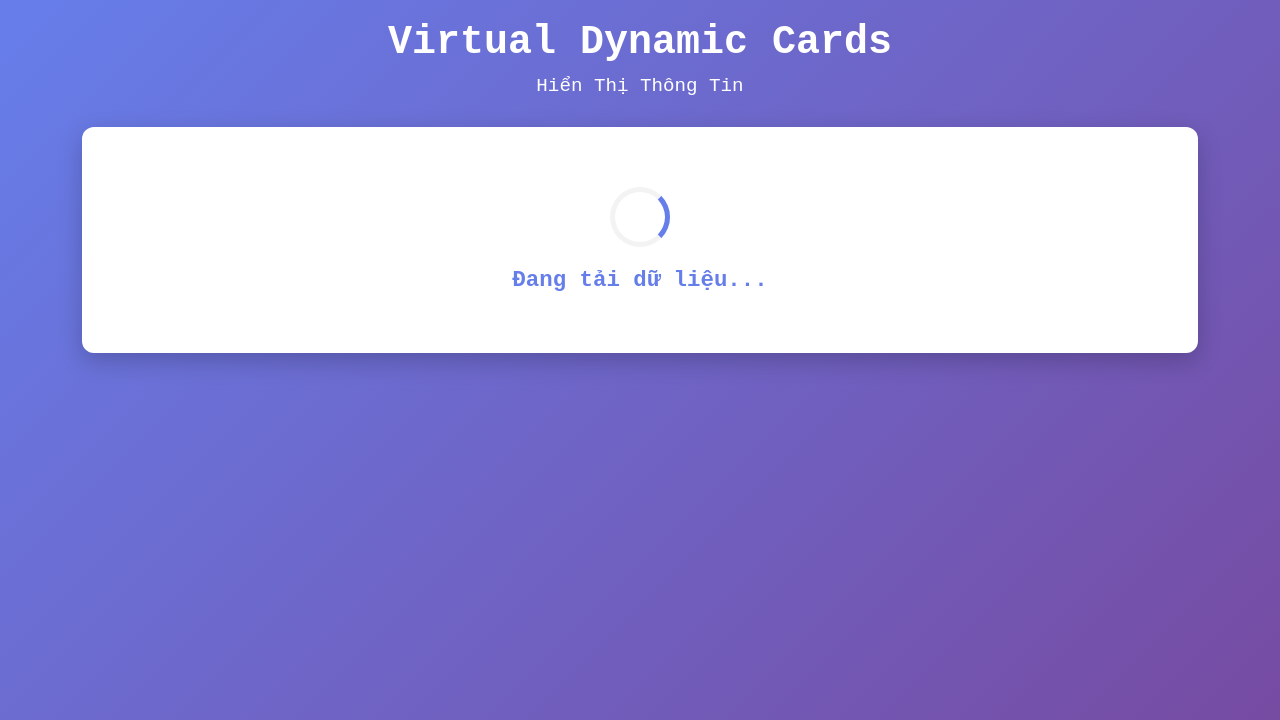
Repository: trunghau06/BaiTapjs_4
Page: index.html
The author's editor kept a copy of each file at every save. The page is drawn from the files as they stood at one save, then again after a run of saves.
The browser window is 1280 px wide. The pictures show the whole page.

Above is the page before, as saved 2025-10-31 15:37:21.

### index.html
<!DOCTYPE html>
<html lang="en">
<head>
    <meta charset="UTF-8">
    <meta name="viewport" content="width=device-width, initial-scale=1.0">
    <link rel="stylesheet" href="style.css">
    <title>Bai Tap</title>
</head>
<body>
    <div class="container">
        <div class="header">
            <h1>Virtual Dynamic Cards</h1>
            <p>Hiển Thị Thông Tin</p>
        </div>

        <div class="loader" id="loader">
            <div class="spinner"></div>
            <div class="loader-text">Đang tải dữ liệu...</div>
        </div>

        <div id="cardsContainer" class="cards-container" style="display: none;">
            <div id="cardsSpacer" class="cards-spacer">
                <div id="cardsContent" class="cards-content">
                    <div id="cardsGrid" class="cards-grid"></div>
                </div>
            </div>

            <div id="loadingMore" class="loading-more" style="display: none;">
                <div class="spinner"></div>
                <div>Đang tải thêm...</div>
            </div>
        </div>
    </div>

    <script src="main.js"></script>
</body>
</html>

### style.css
* {
    margin: 0;
    padding: 0;
    box-sizing: border-box;
}

body {
    font-family: monospace;
    background: linear-gradient(135deg, #667eea 0%, #764ba2 100%);
    min-height: 100vh;
    padding: 20px;
}

.container {
    margin: 0 auto;
    width: 90%;
}

.header {
    text-align: center;
    color: #FFFFFF;
    margin-bottom: 30px;
}

.header h1 {
    font-size: 2.5rem;
    margin-bottom: 10px;
}

.header p {
    font-size: 1.2rem;
}

.loader {
    background: #FFFFFF;
    padding: 60px;
    border-radius: 12px;
    text-align: center;
    box-shadow: 0 8px 24px rgba(0,0,0,0.2);
}

.spinner {
    width: 60px;
    height: 60px;
    border: 5px solid #f3f3f3;
    border-top: 5px solid #667eea;
    border-radius: 50%;
    animation: spin 0.8s linear infinite;
    margin: 0 auto 20px;
}

@keyframes spin {
    0% { transform: rotate(0deg); }
    100% { transform: rotate(360deg); }
}

.loader-text {
    font-size: 1.4rem;
    color: #667eea;
    font-weight: 700;
}

.cards-container {
    position: relative;
    height: 700px;
    overflow-y: auto;
    background: rgba(255,255,255,0.1);
    border-radius: 12px;
    padding: 10px;
}

/* --- Thanh cuộn mượt --- */
.cards-container::-webkit-scrollbar {
    width: 10px;
}

.cards-container::-webkit-scrollbar-track {
    background: rgba(255,255,255,0.1);
    border-radius: 10px;
}

.cards-container::-webkit-scrollbar-thumb {
    background: rgba(255,255,255,0.3);
    border-radius: 10px;
}

.cards-spacer {
    position: relative;
}

.cards-content {
    position: absolute;
    top: 0;
    left: 0;
    right: 0;
    width: 100%; /* Giữ chiều rộng đúng để không vỡ grid */
}

/* --- FIX: Luôn hiển thị 4 thẻ mỗi hàng --- */
.cards-grid {
    display: grid;
    grid-template-columns: repeat(4, 1fr);
    gap: 20px;
    padding: 10px;
    width: 100%;
    transition: all 0.2s ease;
}

/* --- Responsive cho màn hình nhỏ --- */
@media (max-width: 1200px) {
    .cards-grid {
        grid-template-columns: repeat(3, 1fr);
    }
}

@media (max-width: 992px) {
    .cards-grid {
        grid-template-columns: repeat(2, 1fr);
    }
}

@media (max-width: 768px) {
    .cards-grid {
        grid-template-columns: 1fr;
    }
}

.card {
    background: #FFFFFF;
    border-radius: 12px;
    padding: 20px;
    box-shadow: 0 4px 12px rgba(0,0,0,0.1);
    position: relative; /* cần cho .card-id */
}

.card-header {
    display: flex;
    align-items: center;
    gap: 15px;
    margin-bottom: 15px;
    padding-bottom: 15px;
    border-bottom: 2px solid #f0f0f0;
}

.avatar {
    width: 60px;
    height: 60px;
    border-radius: 50%;
    object-fit: cover;
    border: 3px solid #667eea;
}

.card-info {
    flex: 1;
}

.card-name {
    font-size: 1.2em;
    font-weight: 700;
    color: #333;
    margin-bottom: 5px;
}

.card-company {
    color: #6c757d;
    font-size: 0.9em;
}

.card-badge {
    padding: 5px 12px;
    border-radius: 20px;
    font-size: 0.85em;
    font-weight: 600;
}

.badge-male {
    background: #e3f2fd;
    color: #1976d2;
}

.badge-female {
    background: #fce4ec;
    color: #c2185b;
}

.card-body {
    display: flex;
    flex-direction: column;
    gap: 10px;
}

.card-item {
    display: flex;
    align-items: center;
    gap: 10px;
    font-size: 0.95em;
    color: #555;
}

.card-icon {
    width: 20px;
    text-align: center;
}

.card-id {
    position: absolute;
    top: 10px;
    right: 15px;
    background: #667eea;
    color: #FFFFFF;
    padding: 5px 10px;
    border-radius: 20px;
    font-size: 0.85em;
    font-weight: 600;
}

.loading-more {
    text-align: center;
    padding: 30px;
    color: #FFFFFF;
    font-size: 1.1em;
    font-weight: 600;
}

.loading-more .spinner {
    width: 40px;
    height: 40px;
    border-width: 4px;
}

### main.js
class VirtualCards
{
    constructor()
    {
        this.data        = [];  //* chua du lieu card tu API
        this.cardHeight  = 250; //* chieu cao moi card
        this.cardPerRow  = 0;   //* so luong card tren moi hang
        this.visibleRow  = 0    //* so hang thuc te tren man viewport
        this.bufferRow   = 0    //* so hang tai them
        this.startIndex  = 0;
        this.endIndex    = 0;
        this.isLoading   = false;
        this.hasMore     = true;
        this.currentPage = 1;

        this.cardsContainer = document.getElementById('cardsContainer');
        this.cardsSpacer    = document.getElementById('cardsSpacer');
        this.cardsContent   = document.getElementById('cardsContent');
        this.cardsGrid      = document.getElementById('cardsGrid');
        this.loader         = document.getElementById('loader');
        this.loadingMore    = document.getElementById('loadingMore');

        this.init();
    }

    async init()
    {
        await this.loadData();

        this.calculateLayout();
        this.setUpScrollListener();
        this.setupResizeListener();
        this.render();

        this.loader.style.display = 'none';
        this.cardsContainer.style.display = 'block';
    }

    async loadData()
    {
        //* Neu dang tai hoac het du lieu -> thoat
        if( this.isLoading || this.hasMore )
            return;

        //* Danh dau -> tranh trung
        this.isLoading = true;

        if( this.currentPage > 1 )
            this.loadingMore.style.display = "block";

        //* goi API
        try
        {
            const reponse = await fetch( `https://671891927fc4c5ff8f49fcac.mockapi.io/v2?page=${this.currentPage}&limit=20` );

            //* chuyen ve json
            const newData = await reponse.json;

            if( newData.length === 0 )
                this.hasMore= false;
            else
            {
                //* Gop du lieu moi vao mang hien co
                this.data = [...this.data, ...newData];

                this.currentPage++;
            }
        } catch (error)
        {
            console.error("Error: ", error);
        }

        this.isLoading = false;

        this.loadingMore.style.display = 'none';

    }

    calculateLayout()
    {
        const containerWidth  = this.cardsGrid.offsetWidth;

        const cardWidth       = 320;

        const gap             = 20;

        this.cardsPerRow      = Math.floor((containerWidth + gap) / (cardWidth + gap)) || 1;

        const containerHeight = this.cardsContainer.clientHeight;

        this.visibleRows      = Math.ceil(containerHeight / this.cardHeight) + 1;
    }

    setUpScrollListener()
    {
        this.cardsContainer.addEventListener('scroll', () => {
            this.render();

            this.checkLoadMore();
        });
    }

    setupResizeListener()
    {
        let resizeTimeout;

        window.addEventListener('resize', () => {
            //* Xoa timeout cu
            clearTimeout(resizeTimeout);

            resizeTimeout = setTimeout(() => {
            this.calculateLayout();
            this.render();
            }, 200);
        });
    }

    checkLoadMore()
    {
        //* Lay vi tri scroll hien tai
        const scrollTop        = this.cardsContainer.scrollTop;

        const scrollHeight     = this.cardsContainer.scrollHeight;

        const clientHeight     = this.cardsContainer.clientHeight;

        const scrollPercentage = (scrollTop + clientHeight) / scrollHeight;

        if (scrollPercentage > 0.7 && !this.isLoading && this.hasMore) {
            this.loadData().then(() => {
            this.render();
            });
        }
    }

    render()
    {
        //* Lay vi tri cuon hien tai
        const scrollTop          = this.cardsContainer.scrollTop;

        //* tinh hang dau tien nhin thay
        const startRow           = Math.floor(scrollTop / this.cardHeight);

        //* tinh hang bat dau render
        const adjustedStartRow   = Math.max(0, startRow - this.bufferRows);

        //* tinh chi so bat dau
        this.startIndex          = adjustedStartRow * this.cardsPerRow;

        //* tinh hang ket thuc hien thi
        const endRow             = startRow + this.visibleRows + (this.bufferRows * 2);

        //* tinh chi so ket thuc
        this.endIndex            = Math.min(this.data.length, endRow * this.cardsPerRow);

        //* tong so hang
        const totalRows          = Math.ceil(this.data.length / this.cardsPerRow);

        const totalHeight        = totalRows * this.cardHeight;
        this.cardsSpacer.style.height = totalHeight + 'px';

        const offsetY            = adjustedStartRow * this.cardHeight;
        this.cardsContent.style.transform = `translateY(${offsetY}px)`;

        const visibleData        = this.data.slice(this.startIndex, this.endIndex);

        this.cardsGrid.innerHTML = visibleData.map(item => this.createCard(item)).join('');
    }

    createCard(item)
    {
        //* Chuyển genre về chữ thường để so sánh an toàn
        const isMale = item.genre?.toLowerCase() === 'male';

        return `
            <div class="card">
            <!-- Hiển thị ID của thẻ -->
            <span class="card-id">#${item.id}</span>

            <!-- Phần header: ảnh, tên, công ty, giới tính -->
            <div class="card-header">
                <img src="${item.avatar}" alt="${item.name}" class="avatar" loading="lazy">

                <div class="card-info">
                <div class="card-name">${item.name || 'N/A'}</div>
                <div class="card-company">${item.company || 'N/A'}</div>
                </div>

                <!-- Huy hiệu giới tính -->
                <span class="card-badge ${isMale ? 'badge-male' : 'badge-female'}">
                ${isMale ? '👨 Nam' : '👩 Nữ'}
                </span>
            </div>

            <!-- Thông tin chi tiết -->
            <div class="card-body">
                <div class="card-item">
                <span class="card-icon">📧</span>
                <span>${item.email || 'N/A'}</span>
                </div>

                <div class="card-item">
                <span class="card-icon">📞</span>
                <span>${item.phone || 'N/A'}</span>
                </div>

                <div class="card-item">
                <span class="card-icon">📍</span>
                <span>${item.city || 'N/A'}, ${item.state || 'N/A'}</span>
                </div>

                <div class="card-item">
                <span class="card-icon">🏠</span>
                <span>${item.street || 'N/A'}</span>
                </div>
            </div>
            </div>
        `;
    }

}

After the next 4 saves:
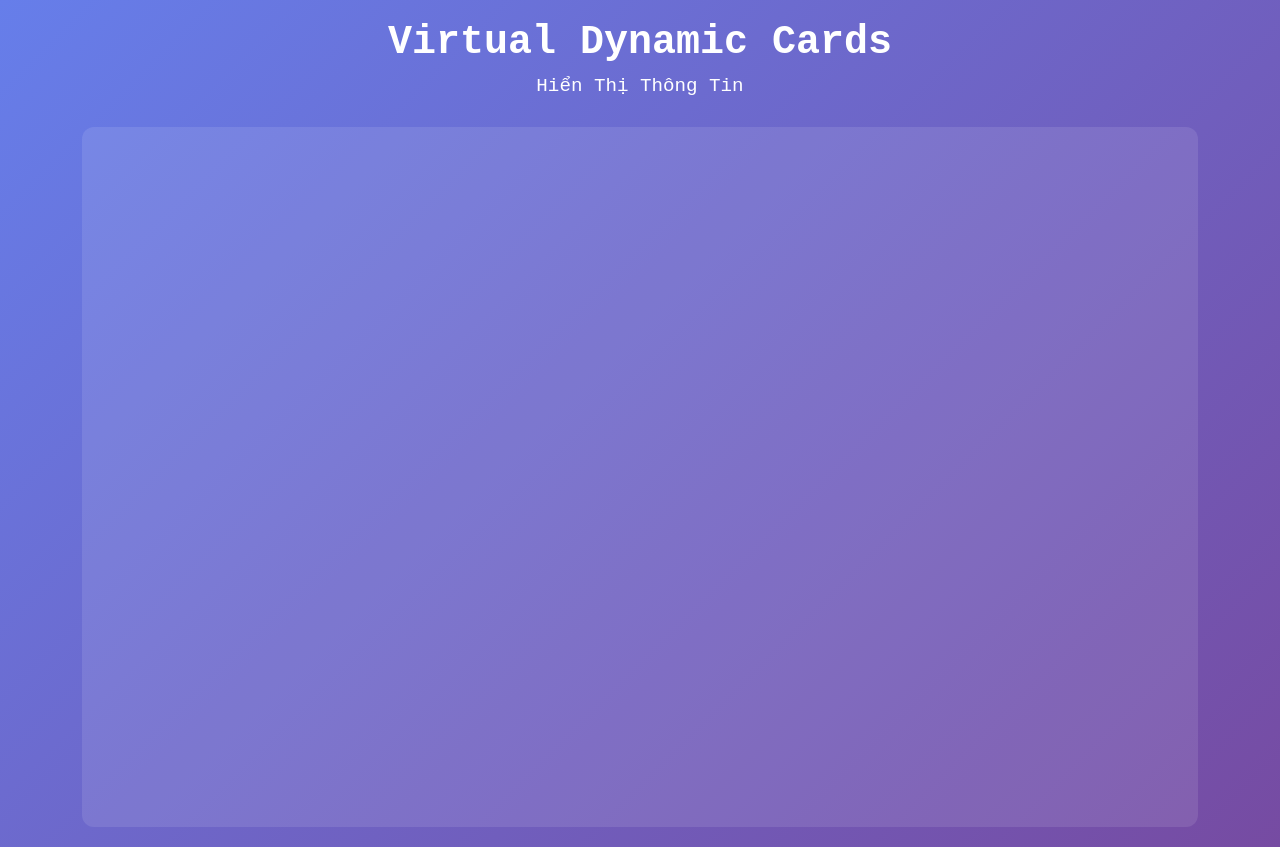
The 4 saves are shown as one change because they came seconds apart.
The last was saved 18 s later.
--- a/main.js
+++ b/main.js
@@ -217,5 +217,6 @@ class VirtualCards
             </div>
         `;
     }
-
 }
+
+new VirtualCards();
